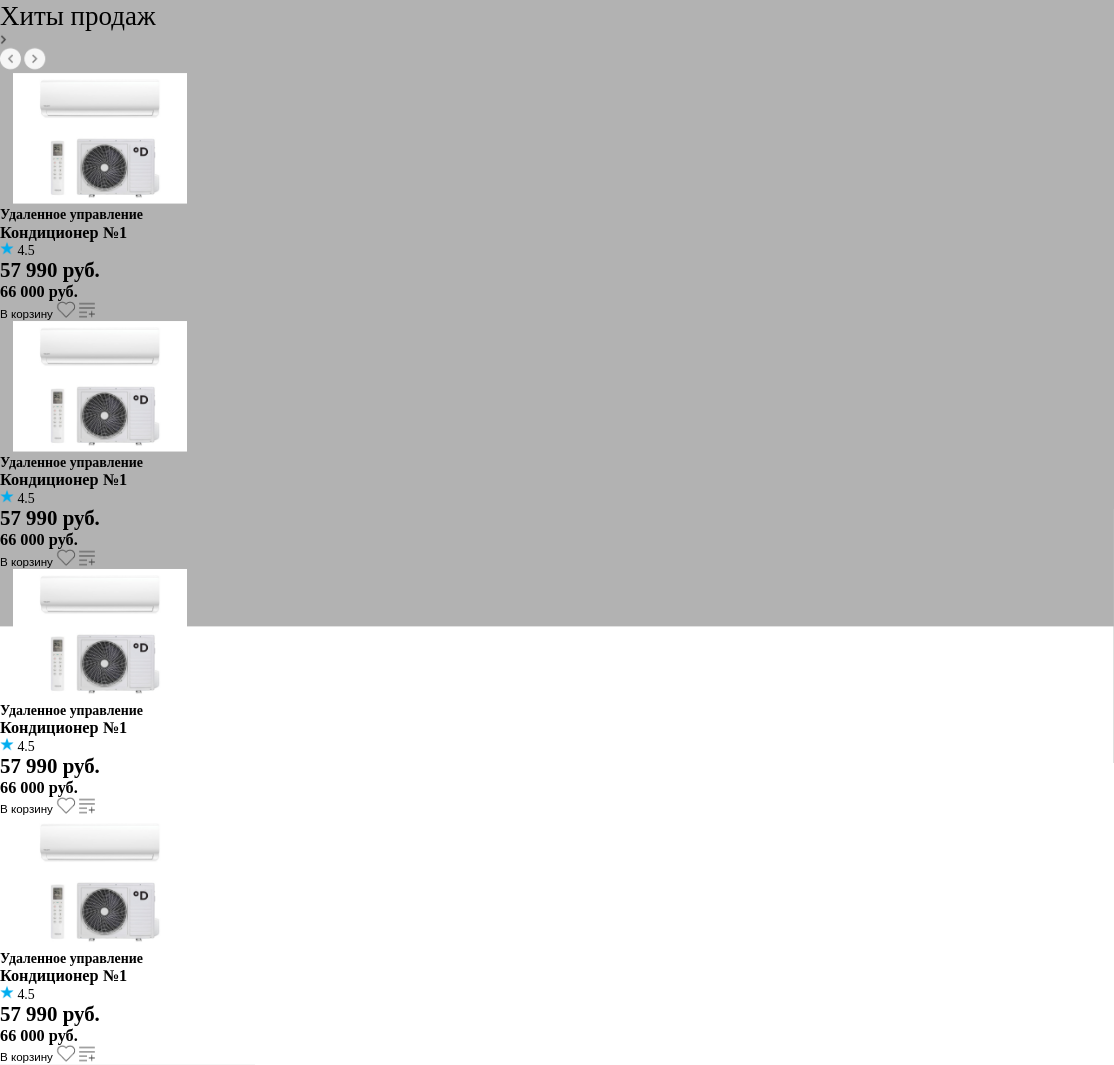
Repository: NikaMana/us
Page: index.html
The author's editor kept a copy of each file at every save. The page is drawn from the files as they stood at one save, then again after the next save.
The browser window is 1280 px wide. The pictures show the whole page, at 87% of full size.

Above is the page before, as saved 2021-09-13 17:36:27.

After the next save:
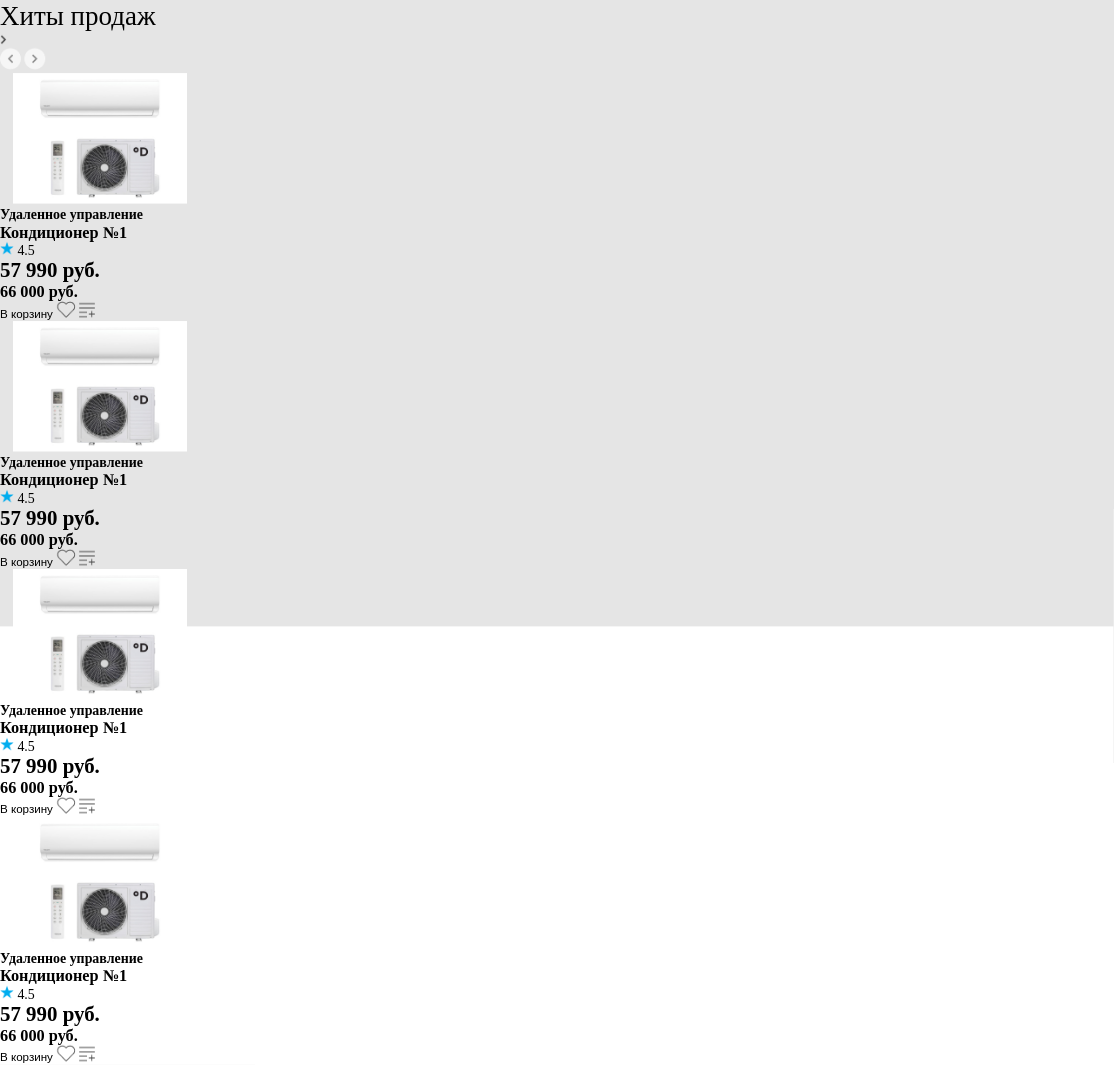
Saved 47 s later.
--- a/styles.css
+++ b/styles.css
@@ -16,7 +16,7 @@ h1, h2,h3,h4,h5{
   width: 100%;
   height: 100%;
   z-index: 0;
-  background-color: rgba(0,0,0,.3);
+  background-color: #E5E5E5;
 }
 
 .welcome__hits{
